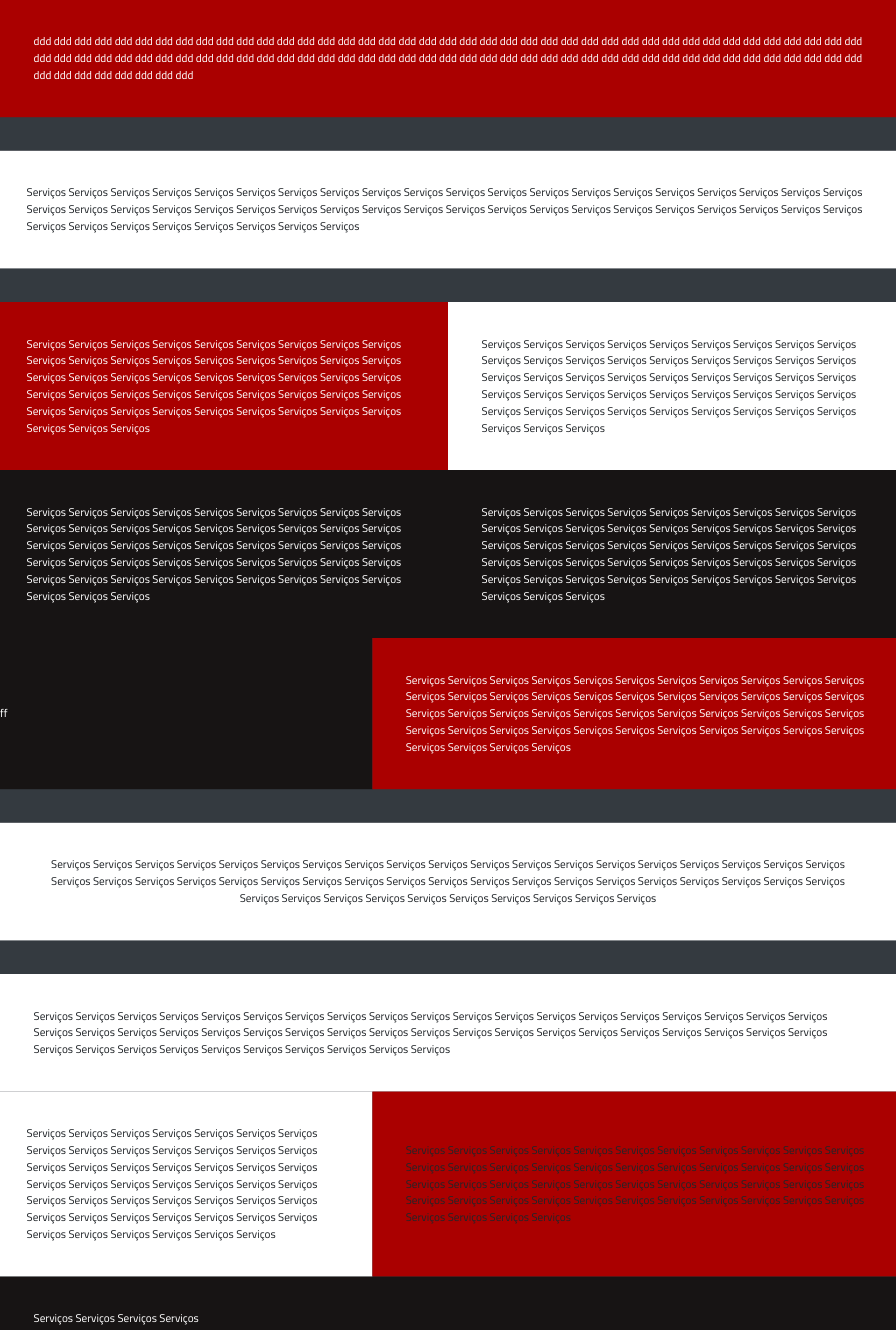
Repository: SkyTeam-Dev/Outlet_Site
Page: Site/index.html
These files come from the project's save history. The page is drawn as it stood at one moment and after the next save; the edit follows.
The browser window is 1280 px wide. The pictures show the part of the page from y = 1008 to 2908 px (the page is 3264 px tall before and 3048 px after), at 70% of full size.
Some web libraries are served in a nearby version.

Above is the page before, as saved 2025-03-20 18:58:20.

### Site/index.html
<!DOCTYPE html>
<html lang="pt-br">

<head>
    <title>:: Outlet by Skyteam ::</title>
    <!-- Define uma descrição otimizada para mecanismos de busca (Maximo 160 caracteres mas o recomendado é 50 caracteres) -->
    <meta name="description"
        content="CADASTRO SIMPLES, DESCONTOS E CASHBACK A viagem do seu cliente com as melhores condições Conectamos o agente a descontos imbatíveis Ofereça seus serviços a preços mais atrativos com a Outlet By Skyteam, uma plataforma para reservas de aéreo, hotelaria, seguro-viagem e locação nacional com descontos e cashback, projetada para qualquer agente de viagem" />
    <!-- Define palavras-chave (não tem mais impacto no Google, mas pode ajudar em outros mecanismos) -->
    <meta name="keywords" content="palavra-chave1, palavra-chave2, palavra-chave3">
    <meta charset="utf-8">
    <meta http-equiv="X-UA-Compatible" content="IE=edge">
    <link rel="canonical" href="https://outlet.tur.br/" />
    <link rel='shortlink' href='https://outlet.tur.br/' />

    <!-- Define a indexação pelos mecanismos de busca -->
    <meta name="robots" content="index, follow"> <!-- Para indexar e seguir links -->
    <meta name="googlebot" content="index, follow"> <!-- Específico para o Google -->
    <meta name="bingbot" content="index, follow"> <!-- Específico para o Bing -->

    <!-- GOOGLE JSON-LD para SEO -->
    <script type="application/ld+json">
        {
          "@context": "https://schema.org",
          "@type": "WebSite",
          "name": "Outlet by Skyteam",
          "url": "https://outlet.tur.br",
          "description": "CADASTRO SIMPLES, DESCONTOS E CASHBACK A viagem do seu cliente com as melhores condições Conectamos o agente a descontos imbatíveis Ofereça seus serviços a preços mais atrativos com a Outlet By Skyteam, uma plataforma para reservas de aéreo, hotelaria, seguro-viagem e locação nacional com descontos e cashback, projetada para qualquer agente de viagem.",
          "image": "https://outlet.tur.br/Templates/Default/Imagens/OG_Outlet_Base.jpg",
          "author": {
            "@type": "Person",
            "name": "Outlet"
          },
          "publisher": {
            "@type": "Organization",
            "name": "Outlet by Skyteam",
            "logo": {
              "@type": "ImageObject",
              "url": "https://outlet.tur.br/Templates/Default/Imagens/OG_Outlet_Base.jpg"
            }
          }
        }
        </script>
    <!-- GOOGLE JSON-LD para SEO -->

    <!-- Define o autor do conteúdo -->
    <meta name="author" content="Outlet by Skyteam">

    <!-- Controla como o Google exibe o snippet do site -->
    <meta name="google" content="nosnippet"> <!-- Impede snippets na SERP -->
    <meta name="google" content="max-snippet:-1, max-image-preview:large, max-video-preview:-1">
    <!-- Personaliza como o conteúdo é mostrado -->

    <!-- Diz ao Google para não traduzir a página automaticamente -->
    <meta name="google" content="notranslate">

    <!-- Define a geolocalização para buscas locais -->
    <meta name="DC.title" content="Outlet By SkyTeam" />
    <meta name="geo.region" content="BR-RS" />
    <meta name="geo.placename" content="Porto Alegre" />
    <meta name="geo.position" content="-30.030205;-51.229975" />
    <meta name="ICBM" content="-30.030205, -51.229975" />
    <!-- Criador do conteúdo -->
    <meta name="DC.creator" content="Outlet By SkyTeam">
    <!-- Assunto ou tema do conteúdo -->
    <meta name="DC.subject" content="CADASTRO SIMPLES, DESCONTOS E CASHBACK para qualquer agente de viagem"">
<!-- Descrição do conteúdo -->
<meta name=" DC.description"
        content="CADASTRO SIMPLES, DESCONTOS E CASHBACK A viagem do seu cliente com as melhores condições Conectamos o agente a descontos imbatíveis Ofereça seus serviços a preços mais atrativos com a Outlet By Skyteam, uma plataforma para reservas de aéreo, hotelaria, seguro-viagem e locação nacional com descontos e cashback, projetada para qualquer agente de viagem">

    <!-- Editora ou organização responsável -->
    <meta name="publisher" content="Outlet By SkyTeam">
    <!-- Identificador único (ex: URL, DOI) -->
    <meta name="identifier" content="https://outlet.tur.br">
    <!-- Idioma do conteúdo -->
    <meta name="language" content="pt-BR">

    <!-- Direitos autorais e licenciamento -->
    <meta name="rights" content="© 2025 Outlet By SkyTeam. Todos os direitos reservados.">


    <!-- Definição do protocolo Open Graph BASE -->
    <meta property="og:type" content="website">
    <!-- URL canônica da página -->
    <meta property="og:url" content="https://outlet.tur.br/">
    <!-- Título que aparecerá no compartilhamento -->
    <meta property="og:title" content="Outlet by Skyteam">
    <!-- Descrição curta e chamativa -->
    <meta property="og:description"
        content="CADASTRO SIMPLES, DESCONTOS E CASHBACK A viagem do seu cliente com as melhores condições Conectamos o agente a descontos imbatíveis Ofereça seus serviços a preços mais atrativos com a Outlet By Skyteam, uma plataforma para reservas de aéreo, hotelaria, seguro-viagem e locação nacional com descontos e cashback, projetada para qualquer agente de viagem">
    <!-- Imagem para exibição no compartilhamento -->
    <meta property="og:image" content="https://outlet.tur.br/Templates/Default/Imagens/OG_Outlet_Base.jpg">
    <!-- 1200x630 pixels é o tamanho recomendado pelo Facebook e outras redes sociais -->
    <meta property="og:image:alt" content="Logo da Outlet descrição">
    <!-- Especificações adicionais para a imagem -->
    <meta property="og:image:width" content="1200">
    <meta property="og:image:height" content="630">
    <!-- Nome do site (opcional, mas recomendado) -->
    <meta property="og:site_name" content="Outlet by Skyteam">
    <!-- Idioma da página -->
    <meta property="og:locale" content="pt_BR">
    <!-- Definição do protocolo Open Graph BASE -->

    <!-- Twitter Card -->
    <meta name="twitter:card" content="summary_large_image">
    <meta name="twitter:title" content="Outlet by Skyteam">
    <meta name="twitter:description"
        content="CADASTRO SIMPLES, DESCONTOS E CASHBACK A viagem do seu cliente com as melhores condições Conectamos o agente a descontos imbatíveis Ofereça seus serviços a preços mais atrativos com a Outlet By Skyteam, uma plataforma para reservas de aéreo, hotelaria, seguro-viagem e locação nacional com descontos e cashback, projetada para qualquer agente de viagem">
    <meta name="twitter:image" content="https://outlet.tur.br/Templates/Default/Imagens/OG_Outlet_Base.jpg">
    <!-- Twitter Card -->



    <meta name="viewport" content="width=device-width, initial-scale=1, shrink-to-fit=no">

    <link rel='preconnect' href='//fonts.googleapis.com' />
    <link rel="preconnect" href="//fonts.gstatic.com" crossorigin>
    <link rel='preconnect' href='//jsdelivr.net' />
    <link rel='preconnect' href='//cdn.jsdelivr.net' />
    <link rel='preconnect' href='//code.jquery.com' />



    <!-- CSS -->
    <link rel="stylesheet" href="https://cdn.jsdelivr.net/npm/font-awesome@4.7.0/css/font-awesome.min.css">
    <link rel="stylesheet" href="https://cdn.jsdelivr.net/npm/bootstrap@4.0.0/dist/css/bootstrap.min.css"
        integrity="sha384-Gn5384xqQ1aoWXA+058RXPxPg6fy4IWvTNh0E263XmFcJlSAwiGgFAW/dAiS6JXm" crossorigin="anonymous">
    <link rel="stylesheet" href="Templates/Default/CSS/bootstrap.css">
    <link rel="stylesheet" href="Templates/Default/CSS/Site.css">
    <!-- CSS -->

    <!-- Favicon -->


    <!-- Favicon e Theme Color-->
    <link rel="icon" type="image/png" href="Templates/Default/Imagens/Favicons/favicon-96x96.png" sizes="96x96" />
    <link rel="icon" type="image/svg+xml" href="Templates/Default/Imagens/Favicons/favicon.svg" />
    <link rel="shortcut icon" href="Templates/Default/Imagens/Favicons/favicon.ico" />
    <link rel="icon" href="Templates/Default/Imagens/Favicons/favicon.ico" type="image/x-icon">
    <link rel="apple-touch-icon" sizes="180x180" href="Templates/Default/Imagens/Favicons/apple-touch-icon.png" />
    <link rel="manifest" href="Templates/Default/Imagens/Favicons/site.webmanifest" />
    <link rel="apple-touch-icon" href="Templates/Default/Imagens/Favicons/favicon-96x96.png">
    <meta name="msapplication-TileImage" content="Templates/Default/Imagens/Favicons/favicon-96x96.png">
    <meta name="theme-color" content="#aa0000">
    <meta name="apple-mobile-web-app-capable" content="yes">
    <meta name="apple-mobile-web-app-status-bar-style" content="black-translucent">
    <meta name="msapplication-TileColor" content="#aa0000">
    <!-- Favicon -->


    <!-- Rastreamento e Comunicação -->

    <!-- Rastreamento e Comunicação -->
</head>

<body>

    <div class="container-fluid">

        <div class="row bg-dark">

            <section class="hero">
                <div class="container-fluid justify-content-center">
                    <!-- =========================== CABEÇALHO (NAVBAR) ============================ -->

                <header class="p-0">
                    <nav class="col-lg-12 navbar navbar-expand-lg navbar-dark mt-5">
                        <div class="container">
                            <!-- Logo / Marca -->
                            <a class="navbar-brand" href="#">
                                <!-- Pode inserir um logo ou texto -->
                                <img src="Templates/Default/Imagens/LOGO1.png" class='img-fluid ml-3' alt="Logo" style="height: 60px;">
                                <!-- Ou usar apenas texto:
                          <span>Outlet</span>
                          -->
                            </a>

                            <!-- Botão para exibir/ocultar menu no mobile -->
                            <button class="navbar-toggler" type="button" data-toggle="collapse" data-target="#navbarNav"
                                aria-controls="navbarNav" aria-expanded="false" aria-label="Toggle navigation">
                                <span class="navbar-toggler-icon"></span>
                            </button>

                            <!-- Itens de navegação -->
                            <div class="collapse navbar-collapse" id="navbarNav">
                                <ul class="navbar-nav ml-auto">
                                    <!-- Ajuste as rotas conforme necessidade -->
                                    <li class="nav-item active">
                                        <a class="nav-link" href="#">Início</a>
                                    </li>
                                    <li class="nav-item">
                                        <a class="nav-link" href="#">Sobre</a>
                                    </li>
                                    <li class="nav-item">
                                        <a class="nav-link" href="#">Serviços</a>
                                    </li>
                                    <li class="nav-item">
                                        <a class="nav-link" href="#">Contato</a>
                                    </li>
                                </ul>
                            </div>
                        </div>
                    </nav>
                </header>

                  <div class="row justify-content-center">



                    <div class="col-md-10 hero-content ">
                      <!-- Título principal -->
                      <h1 class="font-weight-light text-uppercase">Cadastro simples,</h1>
                      <h1 class="font-weight-bold text-uppercase">descontos intuitivos e Cashback</h1>
                      <!-- Texto de apoio -->
                      <h3>
                        A viagem do seu cliente com as melhores condições
                      </h3>
                      <!-- Botão de ação (CTA) -->
                      <a href="#" class="mt-5 btn btn-primary btn-lg">Começar Agora</a>
                    </div>
                    <div class="col-md-2 hero-content ">
                    </div>

                  </div>
                </div>
              </section>



            <div class="row p-0 mb-5 bg-primary text-white  p-5" id="Cabecalho-Superior">


                <div class="col-xl-12 CentralizadorDeConteudo">
                    ddd ddd ddd ddd ddd ddd ddd ddd ddd ddd ddd ddd ddd ddd ddd ddd ddd ddd ddd ddd ddd ddd ddd ddd ddd
                    ddd ddd ddd ddd ddd ddd ddd ddd ddd ddd ddd ddd ddd ddd ddd ddd ddd ddd ddd ddd ddd ddd ddd ddd ddd
                    ddd ddd ddd ddd ddd ddd ddd ddd ddd ddd ddd ddd ddd ddd ddd ddd ddd ddd ddd ddd ddd ddd ddd ddd ddd
                    ddd ddd ddd ddd ddd ddd ddd ddd ddd ddd ddd ddd ddd ddd ddd
                </div>
            </div>

            <div class="row bg-white mb-5">
                <div id="Servicos" class="col-xl-12 CentralizadorDeConteudo p-5">
                    Serviços Serviços Serviços Serviços Serviços Serviços Serviços Serviços Serviços Serviços Serviços
                    Serviços Serviços Serviços Serviços Serviços Serviços Serviços Serviços Serviços Serviços Serviços
                    Serviços Serviços Serviços Serviços Serviços Serviços Serviços Serviços Serviços Serviços Serviços
                    Serviços Serviços Serviços Serviços Serviços Serviços Serviços Serviços Serviços Serviços Serviços
                    Serviços Serviços Serviços Serviços
                </div>
            </div>

            <div id="Analise_Credito" class="row bg-white">
                <div class="col-xl-6 bg-primary text-white p-5 CentralizadorDeConteudo">
                    Serviços Serviços Serviços Serviços Serviços Serviços Serviços Serviços Serviços Serviços Serviços
                    Serviços Serviços Serviços Serviços Serviços Serviços Serviços Serviços Serviços Serviços Serviços
                    Serviços Serviços Serviços Serviços Serviços Serviços Serviços Serviços Serviços Serviços Serviços
                    Serviços Serviços Serviços Serviços Serviços Serviços Serviços Serviços Serviços Serviços Serviços
                    Serviços Serviços Serviços Serviços
                </div>
                <div class="col-xl-6 bg-white p-5 CentralizadorDeConteudo">
                    Serviços Serviços Serviços Serviços Serviços Serviços Serviços Serviços Serviços Serviços Serviços
                    Serviços Serviços Serviços Serviços Serviços Serviços Serviços Serviços Serviços Serviços Serviços
                    Serviços Serviços Serviços Serviços Serviços Serviços Serviços Serviços Serviços Serviços Serviços
                    Serviços Serviços Serviços Serviços Serviços Serviços Serviços Serviços Serviços Serviços Serviços
                    Serviços Serviços Serviços Serviços
                </div>
            </div>

            <div id="CheckList" class="row bg-gray-site text-white">
                <div class="col-xl-6 p-5 CentralizadorDeConteudo">
                    Serviços Serviços Serviços Serviços Serviços Serviços Serviços Serviços Serviços Serviços Serviços
                    Serviços Serviços Serviços Serviços Serviços Serviços Serviços Serviços Serviços Serviços Serviços
                    Serviços Serviços Serviços Serviços Serviços Serviços Serviços Serviços Serviços Serviços Serviços
                    Serviços Serviços Serviços Serviços Serviços Serviços Serviços Serviços Serviços Serviços Serviços
                    Serviços Serviços Serviços Serviços
                </div>
                <div class="col-xl-6 p-5 CentralizadorDeConteudo">
                    Serviços Serviços Serviços Serviços Serviços Serviços Serviços Serviços Serviços Serviços Serviços
                    Serviços Serviços Serviços Serviços Serviços Serviços Serviços Serviços Serviços Serviços Serviços
                    Serviços Serviços Serviços Serviços Serviços Serviços Serviços Serviços Serviços Serviços Serviços
                    Serviços Serviços Serviços Serviços Serviços Serviços Serviços Serviços Serviços Serviços Serviços
                    Serviços Serviços Serviços Serviços
                </div>
            </div>


            <div id="Pague_por_Pix" class="row text-white">
                <div class="col-xl-5 mb-5 CentralizadorDeConteudo bg-gray-site">
                    ff
                </div>
                <div class="col-xl-7 mb-5 p-5 CentralizadorDeConteudo bg-primary">
                    Serviços Serviços Serviços Serviços Serviços Serviços Serviços Serviços Serviços Serviços Serviços
                    Serviços Serviços Serviços Serviços Serviços Serviços Serviços Serviços Serviços Serviços Serviços
                    Serviços Serviços Serviços Serviços Serviços Serviços Serviços Serviços Serviços Serviços Serviços
                    Serviços Serviços Serviços Serviços Serviços Serviços Serviços Serviços Serviços Serviços Serviços
                    Serviços Serviços Serviços Serviços
                </div>
            </div>

            <div class="row bg-white mb-5 text-center p-5">
                <div id="Rentabilidade" class="col-xl-12 CentralizadorDeConteudo">
                    Serviços Serviços Serviços Serviços Serviços Serviços Serviços Serviços Serviços Serviços Serviços
                    Serviços Serviços Serviços Serviços Serviços Serviços Serviços Serviços Serviços Serviços Serviços
                    Serviços Serviços Serviços Serviços Serviços Serviços Serviços Serviços Serviços Serviços Serviços
                    Serviços Serviços Serviços Serviços Serviços Serviços Serviços Serviços Serviços Serviços Serviços
                    Serviços Serviços Serviços Serviços
                </div>
            </div>

            <div class="row bg-white p-5">
                <div id="CashBack" class="col-xl-12 CentralizadorDeConteudo">
                    Serviços Serviços Serviços Serviços Serviços Serviços Serviços Serviços Serviços Serviços Serviços
                    Serviços Serviços Serviços Serviços Serviços Serviços Serviços Serviços Serviços Serviços Serviços
                    Serviços Serviços Serviços Serviços Serviços Serviços Serviços Serviços Serviços Serviços Serviços
                    Serviços Serviços Serviços Serviços Serviços Serviços Serviços Serviços Serviços Serviços Serviços
                    Serviços Serviços Serviços Serviços
                </div>
            </div>

            <div id="Pos_Venda" class="row">
                <div class="col-xl-5 CentralizadorDeConteudo bg-white p-5">
                    Serviços Serviços Serviços Serviços Serviços Serviços Serviços Serviços Serviços Serviços Serviços
                    Serviços Serviços Serviços Serviços Serviços Serviços Serviços Serviços Serviços Serviços Serviços
                    Serviços Serviços Serviços Serviços Serviços Serviços Serviços Serviços Serviços Serviços Serviços
                    Serviços Serviços Serviços Serviços Serviços Serviços Serviços Serviços Serviços Serviços Serviços
                    Serviços Serviços Serviços Serviços
                </div>
                <div class="col-xl-7 CentralizadorDeConteudo bg-primary p-5">
                    Serviços Serviços Serviços Serviços Serviços Serviços Serviços Serviços Serviços Serviços Serviços
                    Serviços Serviços Serviços Serviços Serviços Serviços Serviços Serviços Serviços Serviços Serviços
                    Serviços Serviços Serviços Serviços Serviços Serviços Serviços Serviços Serviços Serviços Serviços
                    Serviços Serviços Serviços Serviços Serviços Serviços Serviços Serviços Serviços Serviços Serviços
                    Serviços Serviços Serviços Serviços
                </div>
            </div>

            <div id="Footer" class="row bg-gray-site text-white p-5">
                <div class="col-xl-3 mb-5 CentralizadorDeConteudo">
                    Serviços Serviços Serviços Serviços Serviços Serviços Serviços Serviços Serviços Serviços Serviços
                    Serviços Serviços Serviços Serviços Serviços Serviços Serviços Serviços Serviços Serviços Serviços
                    Serviços Serviços Serviços Serviços Serviços Serviços Serviços Serviços Serviços Serviços Serviços
                    Serviços Serviços Serviços Serviços Serviços Serviços Serviços Serviços Serviços Serviços Serviços
                    Serviços Serviços Serviços Serviços
                </div>
                <div class="col-xl-9 mb-5 CentralizadorDeConteudo">
                    Serviços Serviços Serviços Serviços Serviços Serviços Serviços Serviços Serviços Serviços Serviços
                    Serviços Serviços Serviços Serviços Serviços Serviços Serviços Serviços Serviços Serviços Serviços
                    Serviços Serviços Serviços Serviços Serviços Serviços Serviços Serviços Serviços Serviços Serviços
                    Serviços Serviços Serviços Serviços Serviços Serviços Serviços Serviços Serviços Serviços Serviços
                    Serviços Serviços Serviços Serviços
                </div>
            </div>

        </div>
    </div>

    <!-- Scripts Base -->
    <script src="https://code.jquery.com/jquery-3.2.1.slim.min.js"
        integrity="sha384-KJ3o2DKtIkvYIK3UENzmM7KCkRr/rE9/Qpg6aAZGJwFDMVNA/GpGFF93hXpG5KkN"
        crossorigin="anonymous"></script>
    <script src="https://cdn.jsdelivr.net/npm/popper.js@1.12.9/dist/umd/popper.min.js"
        integrity="sha384-ApNbgh9B+Y1QKtv3Rn7W3mgPxhU9K/ScQsAP7hUibX39j7fakFPskvXusvfa0b4Q"
        crossorigin="anonymous"></script>
    <script src="https://cdn.jsdelivr.net/npm/bootstrap@4.0.0/dist/js/bootstrap.min.js"
        integrity="sha384-JZR6Spejh4U02d8jOt6vLEHfe/JQGiRRSQQxSfFWpi1MquVdAyjUar5+76PVCmYl"
        crossorigin="anonymous"></script>
    <script src="https://cdn.jsdelivr.net/npm/jquery-match-height@0.7.2/dist/jquery.matchHeight.min.js"></script>
    <!-- Scripts Base -->




    <!-- Rastreamento e Comunicação -->

    <!-- Rastreamento e Comunicação -->

</body>

</html>

Loaded but not shown: Site/Templates/Default/CSS/bootstrap.css (library); Site/Templates/Default/WebFonts/WebFont.css (103 lines, source omitted); Site/Templates/Default/CSS/Site.css (61 lines, source omitted)

After the next save:
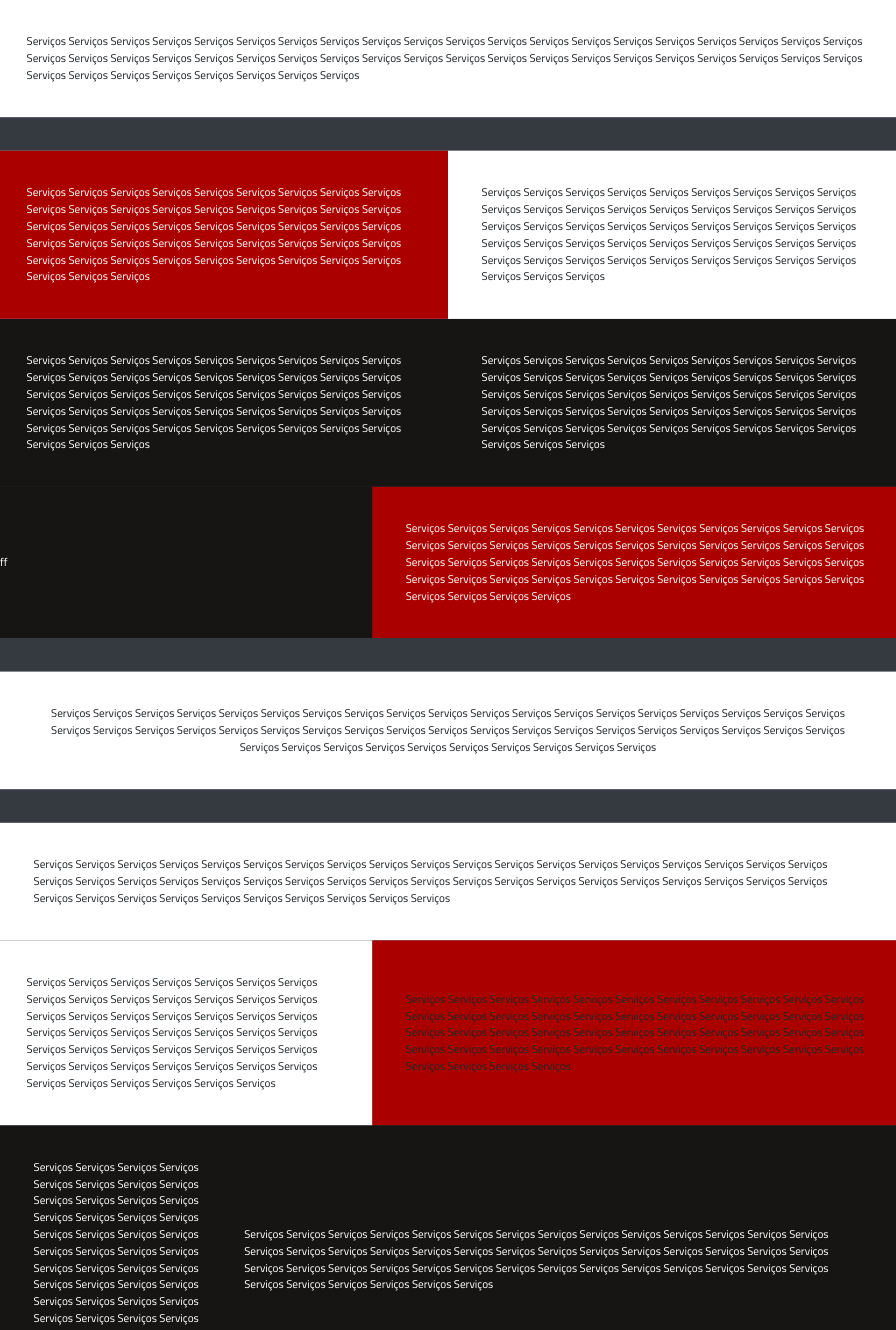
Saved 54 s later.
--- a/Site/index.html
+++ b/Site/index.html
@@ -155,7 +155,7 @@
 
 <body>
 
-    <div class="container-fluid">
+    <div class="container-fluid" id="Site">
 
         <div class="row bg-dark">
 
@@ -227,16 +227,7 @@
 
 
 
-            <div class="row p-0 mb-5 bg-primary text-white  p-5" id="Cabecalho-Superior">
-
-
-                <div class="col-xl-12 CentralizadorDeConteudo">
-                    ddd ddd ddd ddd ddd ddd ddd ddd ddd ddd ddd ddd ddd ddd ddd ddd ddd ddd ddd ddd ddd ddd ddd ddd ddd
-                    ddd ddd ddd ddd ddd ddd ddd ddd ddd ddd ddd ddd ddd ddd ddd ddd ddd ddd ddd ddd ddd ddd ddd ddd ddd
-                    ddd ddd ddd ddd ddd ddd ddd ddd ddd ddd ddd ddd ddd ddd ddd ddd ddd ddd ddd ddd ddd ddd ddd ddd ddd
-                    ddd ddd ddd ddd ddd ddd ddd ddd ddd ddd ddd ddd ddd ddd ddd
-                </div>
-            </div>
+
 
             <div class="row bg-white mb-5">
                 <div id="Servicos" class="col-xl-12 CentralizadorDeConteudo p-5">
